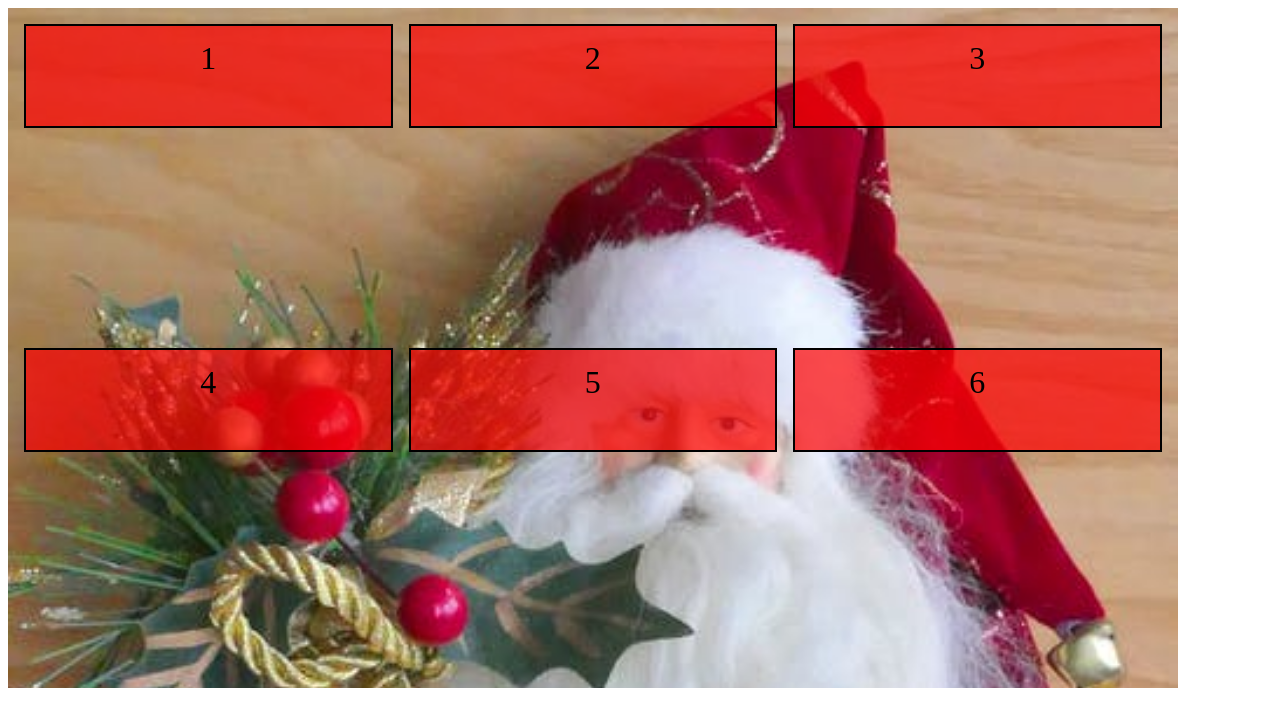
Repository: hindrik40/julprogram-js
Page: advent.html
These files come from the project's save history. The page is drawn as it stood at one moment and after the next save; the edit follows.
The browser window is 1280 px wide. The pictures show the whole page.

Above is the page before, as saved 2021-12-14 10:09:23.

### advent.html
<!DOCTYPE html>
<html lang="en">
<head>
    <meta charset="UTF-8">
    <meta http-equiv="X-UA-Compatible" content="IE=edge">
    <meta name="viewport" content="width=device-width, initial-scale=1.0">
    <link rel="stylesheet" href="advent.css">
    <title>julkalender drag and drop</title>
</head>
<body>
    <main id="adventCalender">

    </main>
    <script src="advent.js"></script>
</body>
</html>

### advent.css
main#adventCalender{
    width: 90%;
    height: 90vh;
    background-image: url(images/jul6.jpeg);
    background-size: cover;
    display: grid;
    grid-template-columns: 1fr 1fr 1fr;
    column-gap: 1rem;
    padding:1rem;
}
main>div{
   min-width: 50px;
   min-height: 100px;
   height: 4rem;
    border:solid 2px black;
    background-color: rgba(255,0,0,0.7);
    font-size:2rem;
    text-align: center;
    vertical-align: middle;
    line-height: 4rem;

}

### advent.js
//!variabler luckor
//!DOM element
const adventCalender = document.getElementById("adventCalender");
//!variabler for the days in a array luckor med bilder
let doors = ["jul1.jpeg", "jul2.jpeg", "jul3.jpeg", "jul4.jpeg", "jul5.jpeg", "jul6.jpeg"];
//!variabler for the days in a array luckor med bilder
//!Itererar igenom arrayen och skapa en räknare
let counter = 1;
doors.forEach((door) => {
    console.log(counter, door);
    //!skapa en div för varje bild
    let div = document.createElement("div");
    //!lägg till en siffra i elementet
    div.textContent = counter;
    //!Lägg till kalendern
    adventCalender.appendChild(div);

    counter++;

})

After the next save:
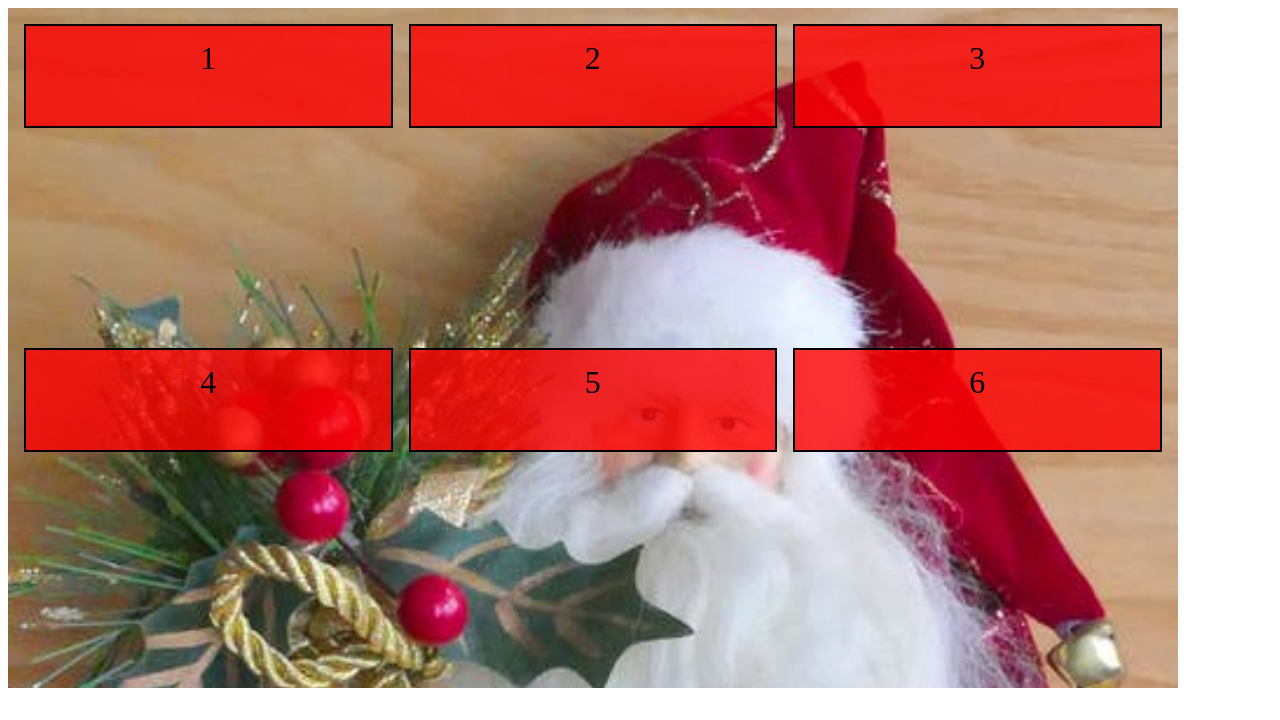
Saved 8 s later.
--- a/advent.css
+++ b/advent.css
@@ -13,7 +13,7 @@ main>div{
    min-height: 100px;
    height: 4rem;
     border:solid 2px black;
-    background-color: rgba(255,0,0,0.7);
+    background-color: rgba(255,0,0,0.8);
     font-size:2rem;
     text-align: center;
     vertical-align: middle;
